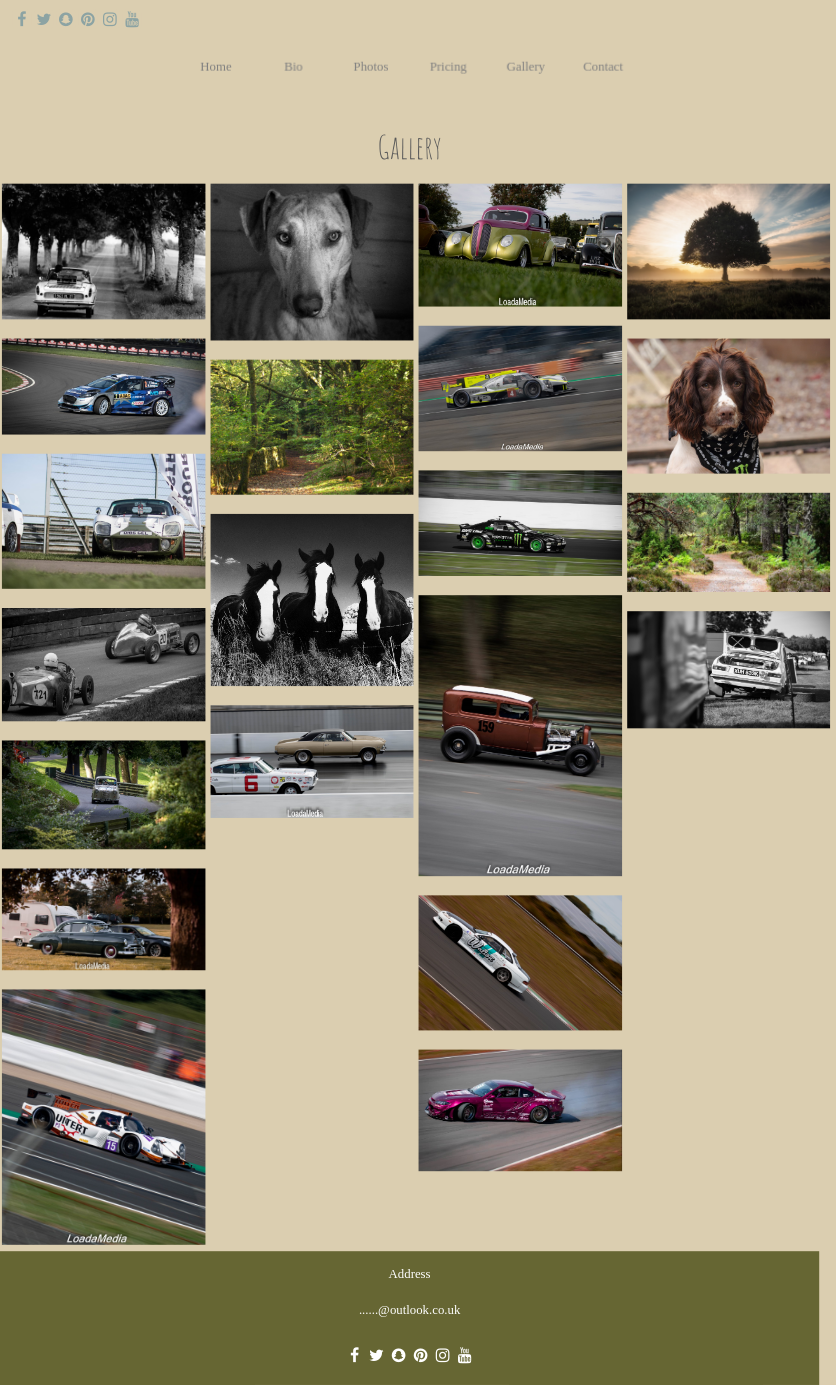
Repository: elizabeth24602/LoaderMedia
Page: gallery.html
The author's editor kept a record of every edit. The page is drawn from the files as they stood at one moment, then again after the next edit.
The browser window is 1280 px wide. The page is 1307 px wide, so the pictures cover 1307 px, including what lies to the right of the window. The pictures show the whole page, at 64% of full size.
Some web fonts or font styles are not loaded; a fallback is used.

Above is the page before.
Console error: TypeError: Cannot read properties of null (reading 'textContent')
Not found: Assests/images/

After the next edit:
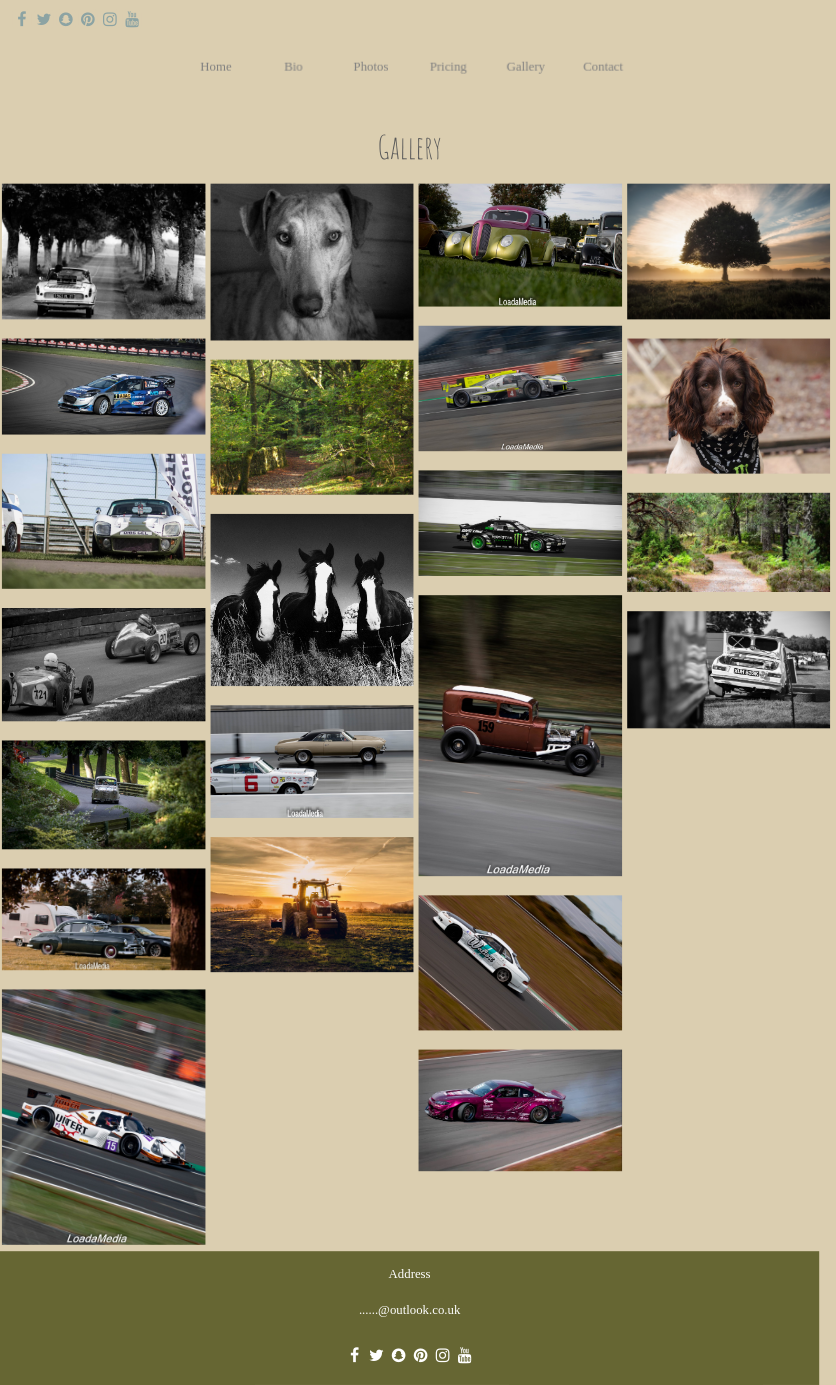
The edit:
--- a/gallery.html
+++ b/gallery.html
@@ -120,6 +120,7 @@
     <img src="Assests/images/woods.jpg">
     <img src="Assests/images/horses.jpg">
     <img src="Assests/images/car9.jpg">
+     <img src="Assests/images/tractor.jpg">
   </div>
     <div class="column">
     <img src="Assests/images/car1.jpg">
